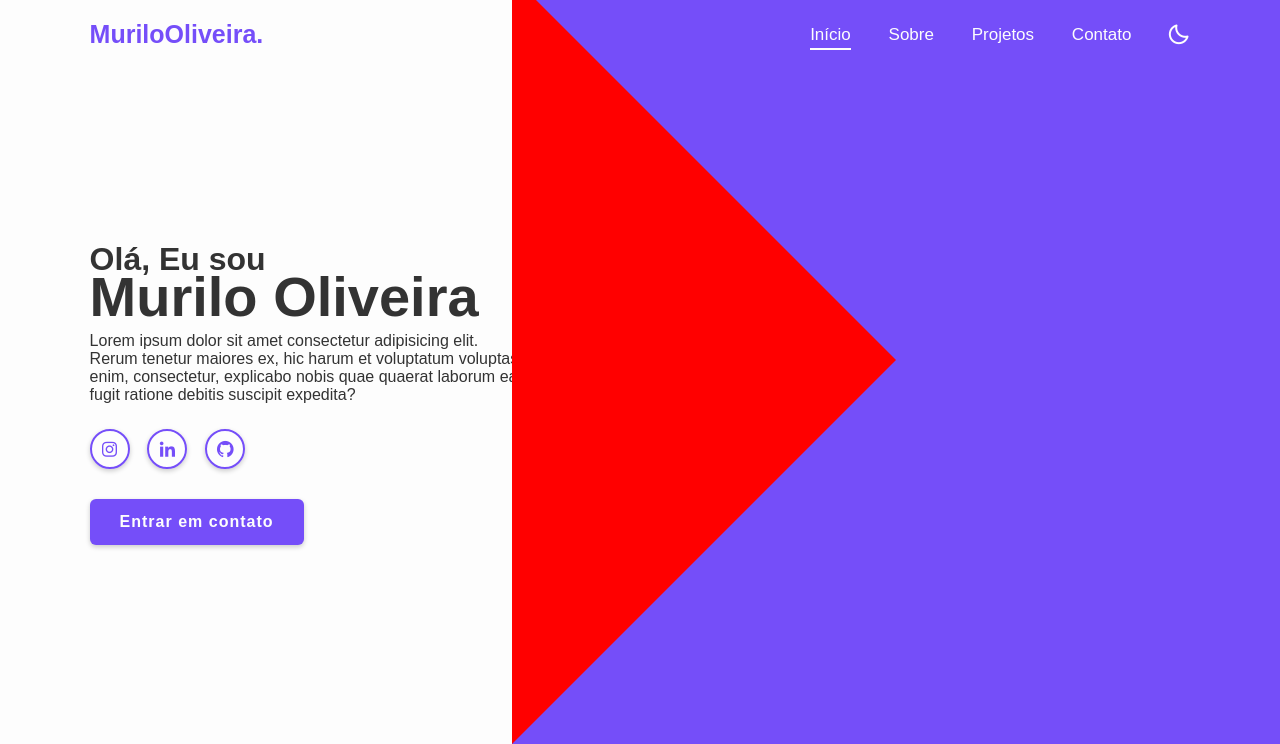
Repository: devMuriloOliveira/Portfolio-
Page: index.html
An editor plug-in stored every save of this project. The page is shown before and after the next save, followed by the edit.
The browser window is 1280 px wide. The pictures show the whole page.
Some web fonts or font styles are not loaded; a fallback is used.

Above is the page before, as saved 2023-03-11 15:23:56.

After the next save:
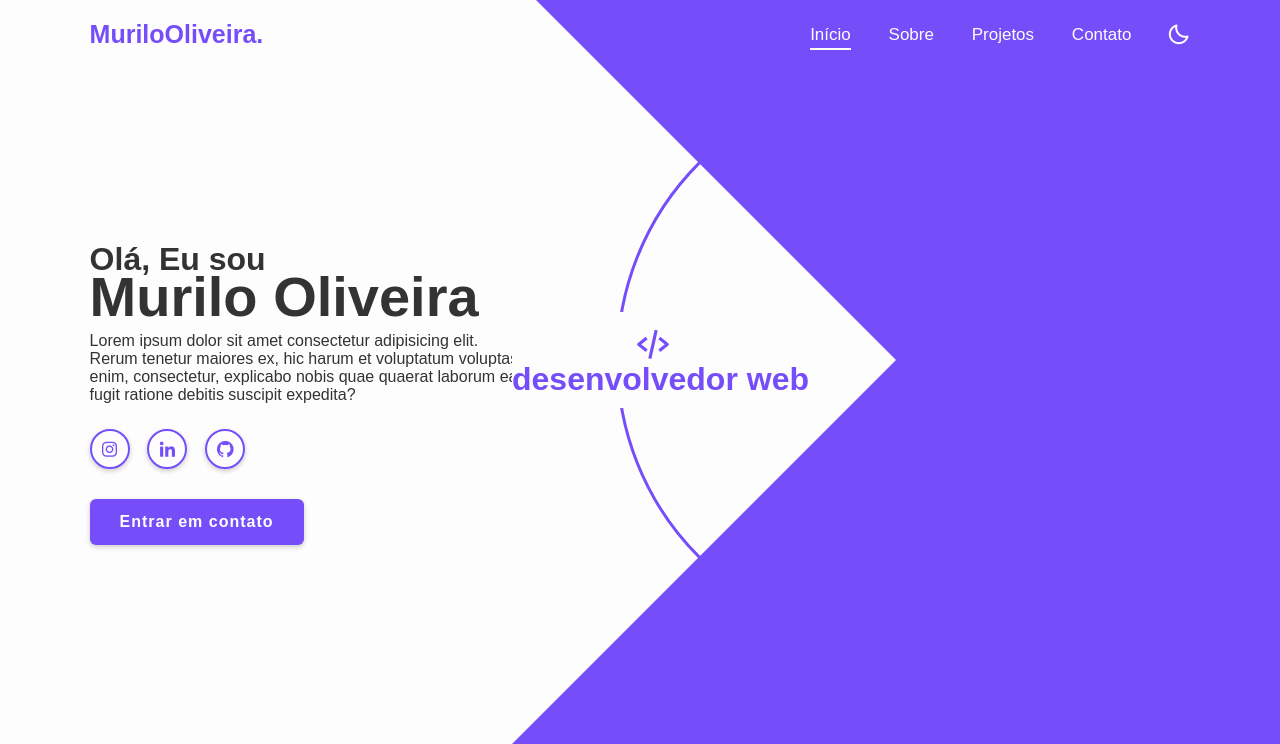
Saved 14 s later.
--- a/style.css
+++ b/style.css
@@ -215,6 +215,6 @@ section{
   border-top: 384px solid var(--main-color);
   border-right: 384px solid var(--main-color);
   border-bottom: 384px solid var(--main-color);
-  border-left: 384px solid red;
-
-}
+  border-left: 384px solid transparent;
+
+}
